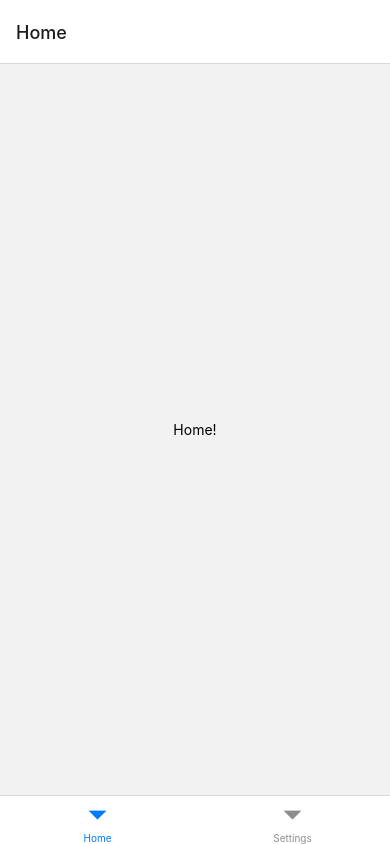
Repository: Waikato153/AwesomeProject
Screen: /
The author's editor kept a copy of each file at every save. The screen is drawn from the files as they stood at one save, then again after the next save.
The app was drawn by React Native's web renderer in a window 390 px wide. The project was rebuilt for these pictures with package versions that can differ from the ones it lists, and the page was loaded fresh each time.

Above is the screen before, as saved 2024-02-27 22:54:18.

### App.js
import * as React from 'react';
import { Text, View } from 'react-native';
import { NavigationContainer } from '@react-navigation/native';
import { createBottomTabNavigator } from '@react-navigation/bottom-tabs';

function HomeScreen() {
  return (
    <View style={{ flex: 1, justifyContent: 'center', alignItems: 'center' }}>
      <Text>Home!</Text>
    </View>
  );
}

function SettingsScreen() {
  return (
    <View style={{ flex: 1, justifyContent: 'center', alignItems: 'center' }}>
      <Text>Settings!</Text>
    </View>
  );
}

const Tab = createBottomTabNavigator();

export default function App() {
  return (
    <NavigationContainer>
      <Tab.Navigator>
        <Tab.Screen name="Home" component={HomeScreen} />
        <Tab.Screen name="Settings" component={SettingsScreen} />
      </Tab.Navigator>
    </NavigationContainer>
  );
}

### screens/HomeScreen.js
import React from 'react';
import { Button,View, Text, StyleSheet } from 'react-native';


function HomeScreen({ navigation }) {
  return (
    <View style={{ flex: 1, alignItems: 'center', justifyContent: 'center' }}>
      <Text>Home Screen</Text>
      <Button
        title="Go to Details"
        onPress={() => navigation.navigate('Settings')}
      />
    </View>
  );
}

export default HomeScreen;

After the next save:
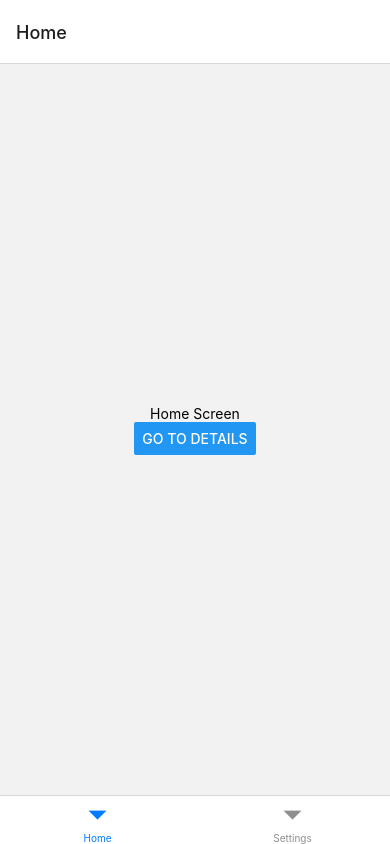
Saved 3 min 18 s later.
--- a/App.js
+++ b/App.js
@@ -3,13 +3,9 @@ import { Text, View } from 'react-native';
 import { NavigationContainer } from '@react-navigation/native';
 import { createBottomTabNavigator } from '@react-navigation/bottom-tabs';
 
-function HomeScreen() {
-  return (
-    <View style={{ flex: 1, justifyContent: 'center', alignItems: 'center' }}>
-      <Text>Home!</Text>
-    </View>
-  );
-}
+import HomeScreen from './screens/HomeScreen';
+
+
 
 function SettingsScreen() {
   return (
